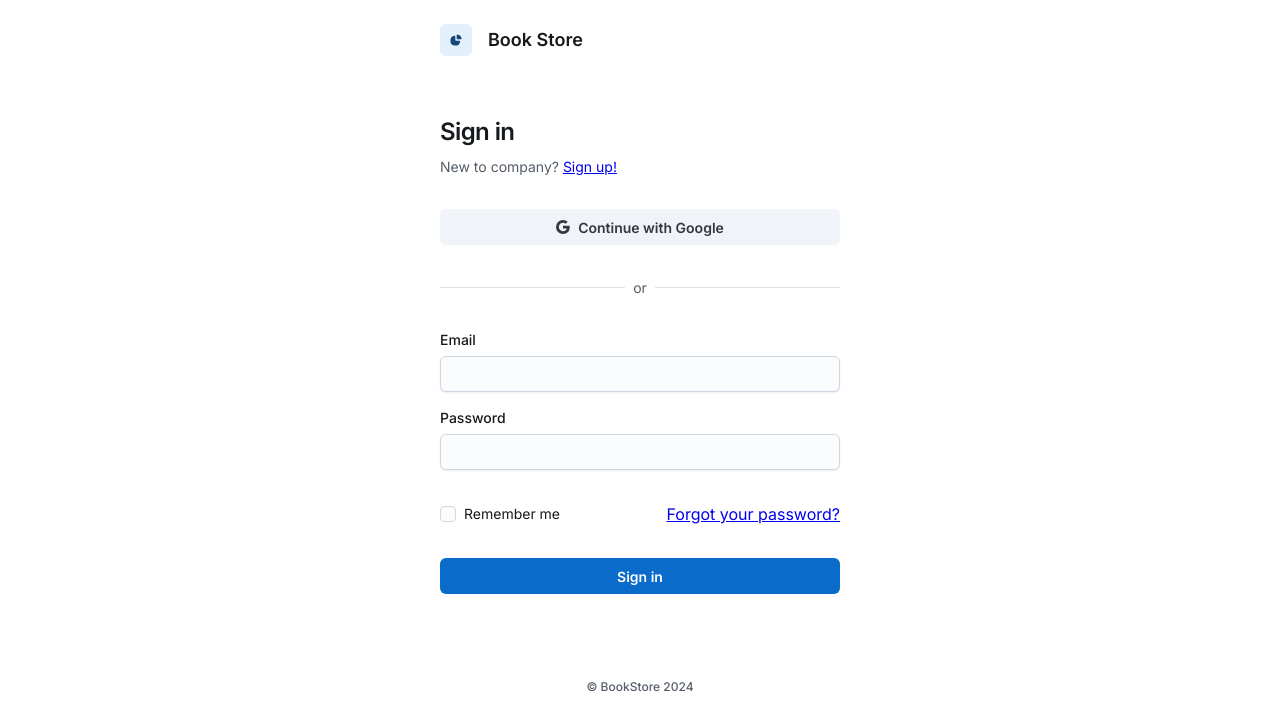
Repository: LaurentiusKevin/bookstore-fe
Page: /auth/login
An editor plug-in stored every save of this project. The page is shown before and after the next save, followed by the edit.
The browser window is 1280 px wide. The pictures show the whole page.
The project was rebuilt for these pictures with package versions that can differ from the ones it lists, and the page was loaded fresh each time. The framework's server and built-in components were replaced by stand-ins that run in the browser. Also part of the build but not shown: next.config.mjs.

Above is the page before, as saved 2024-04-07 00:54:52.

### src/app/layout.tsx
import type { Metadata } from "next";
import { Inter } from "next/font/google";
import "@fontsource/inter";
import ThemeRegistry from "@/components/admin/theme-registry";
import { Providers } from "@/providers";
import { ReactNode } from "react";

const inter = Inter({ subsets: ["latin"] });

export const metadata: Metadata = {
  title: "Create Next App",
  description: "Generated by create next app",
};

export default function RootLayout({
  children,
}: Readonly<{
  children: ReactNode;
}>) {
  return (
    <html lang="en">
      <body>
        <ThemeRegistry options={{ key: "joy" }}>
          <Providers>{children}</Providers>
        </ThemeRegistry>
      </body>
    </html>
  );
}

### src/app/auth/login/page.tsx
"use client";

import {
  Box,
  Button,
  Checkbox,
  CssBaseline,
  CssVarsProvider,
  Divider,
  FormControl,
  FormLabel,
  formLabelClasses,
  GlobalStyles,
  IconButton,
  Input,
  Stack,
  Typography,
} from "@mui/joy";
import { HiMiniChartPie } from "react-icons/hi2";
import Link from "next/link";
import { BsGoogle } from "react-icons/bs";
import { useRouter } from "next/navigation";
import { useForm } from "react-hook-form";
import SnackbarCustom from "@/components/snackbar-custom";
import { useState } from "react";

interface FormData {
  email: string;
  password: string;
}

export default function AuthSignIn() {
  const route = useRouter();
  const [snackbarOpen, setSnackbarOpen] = useState(false);
  const [snackbarColor, setSnackbarColor] = useState("");
  const [snackbarContent, setSnackbarContent] = useState("");

  const {
    register,
    handleSubmit,
    watch,
    setValue,
    resetField,
    formState: { errors },
  } = useForm<FormData>();

  const onSignIn = (data: FormData) => {
    // void authMutation.mutate(data);
  };

  return (
    <CssVarsProvider defaultMode="dark" disableTransitionOnChange>
      <CssBaseline />
      <GlobalStyles
        styles={{
          ":root": {
            "--Collapsed-breakpoint": "769px", // form will stretch when viewport is below `769px`
            "--Cover-width": "50vw", // must be `vw` only
            "--Form-maxWidth": "800px",
            "--Transition-duration": "0.4s", // set to `none` to disable transition
          },
        }}
      />
      <Box
        sx={(theme) => ({
          transition: "width var(--Transition-duration)",
          transitionDelay: "calc(var(--Transition-duration) + 0.1s)",
          position: "relative",
          zIndex: 1,
          display: "flex",
          justifyContent: "center",
          backdropFilter: "blur(12px)",
          backgroundColor: "rgba(255 255 255 / 0.2)",
          [theme.getColorSchemeSelector("dark")]: {
            backgroundColor: "rgba(19 19 24 / 0.4)",
          },
        })}
      >
        <Box
          sx={{
            display: "flex",
            flexDirection: "column",
            minHeight: "100dvh",
            maxWidth: "100%",
            px: 2,
          }}
        >
          <Box
            component="header"
            sx={{
              py: 3,
              display: "flex",
              alignItems: "left",
              justifyContent: "space-between",
            }}
          >
            <Box sx={{ gap: 2, display: "flex", alignItems: "center" }}>
              <IconButton variant="soft" color="primary" size="sm">
                <HiMiniChartPie />
              </IconButton>
              <Typography level="title-lg">Book Store</Typography>
            </Box>
            {/*<ColorSchemeToggle />*/}
          </Box>
          <Box
            component="main"
            sx={{
              my: "auto",
              py: 2,
              pb: 5,
              display: "flex",
              flexDirection: "column",
              gap: 2,
              width: 400,
              maxWidth: "100%",
              mx: "auto",
              borderRadius: "sm",
              "& form": {
                display: "flex",
                flexDirection: "column",
                gap: 2,
              },
              [`& .${formLabelClasses.asterisk}`]: {
                visibility: "hidden",
              },
            }}
          >
            <Stack gap={4} sx={{ mb: 2 }}>
              <Stack gap={1}>
                <Typography level="h3">Sign in</Typography>
                <Typography level="body-sm">
                  New to company?{" "}
                  <Link href="#replace-with-a-link">Sign up!</Link>
                </Typography>
              </Stack>
              <Button
                variant="soft"
                color="neutral"
                fullWidth
                startDecorator={<BsGoogle />}
              >
                Continue with Google
              </Button>
            </Stack>
            <Divider
              sx={(theme) => ({
                [theme.getColorSchemeSelector("light")]: {
                  color: { xs: "#FFF", md: "text.tertiary" },
                  "--Divider-lineColor": {
                    xs: "#FFF",
                    md: "var(--joy-palette-divider)",
                  },
                },
              })}
            >
              or
            </Divider>
            <Stack gap={4} sx={{ mt: 2 }}>
              <form onSubmit={handleSubmit(onSignIn)}>
                <FormControl required>
                  <FormLabel>Email</FormLabel>
                  <Input
                    {...register("email", { required: "Required!" })}
                    type="email"
                    name="email"
                  />
                </FormControl>
                <FormControl required>
                  <FormLabel>Password</FormLabel>
                  <Input
                    {...register("password", { required: "Required!" })}
                    type="password"
                    name="password"
                  />
                </FormControl>
                <Stack gap={4} sx={{ mt: 2 }}>
                  <Box
                    sx={{
                      display: "flex",
                      justifyContent: "space-between",
                      alignItems: "center",
                    }}
                  >
                    <Checkbox size="sm" label="Remember me" name="persistent" />
                    <Link href="#replace-with-a-link">
                      Forgot your password?
                    </Link>
                  </Box>
                  <Button type="submit" fullWidth>
                    Sign in
                  </Button>
                </Stack>
              </form>
            </Stack>
          </Box>
          <Box component="footer" sx={{ py: 3 }}>
            <Typography level="body-xs" textAlign="center">
              © BookStore {new Date().getFullYear()}
            </Typography>
          </Box>
        </Box>
      </Box>
      <SnackbarCustom
        autoHideDuration={5000}
        variant="soft"
        onClose={() => setSnackbarOpen(false)}
        open={snackbarOpen}
      >
        {snackbarContent}
      </SnackbarCustom>
    </CssVarsProvider>
  );
}

### src/components/admin/theme-registry.tsx
"use client";
import createCache from "@emotion/cache";
import { useServerInsertedHTML } from "next/navigation";
import { CacheProvider } from "@emotion/react";
import { CssVarsProvider } from "@mui/joy/styles";
import CssBaseline from "@mui/joy/CssBaseline";
import * as React from "react";
import { ReactNode } from "react";

// This implementation is from emotion-js
// https://github.com/emotion-js/emotion/issues/2928#issuecomment-1319747902
export default function ThemeRegistry(props: {
  options: { key: string };
  children: ReactNode;
}) {
  const { options, children } = props;

  const [{ cache, flush }] = React.useState(() => {
    const cache = createCache(options);
    cache.compat = true;
    const prevInsert = cache.insert;
    let inserted: string[] = [];
    cache.insert = (...args) => {
      const serialized = args[1];
      if (cache.inserted[serialized.name] === undefined) {
        inserted.push(serialized.name);
      }
      return prevInsert(...args);
    };
    const flush = () => {
      const prevInserted = inserted;
      inserted = [];
      return prevInserted;
    };
    return { cache, flush };
  });

  useServerInsertedHTML(() => {
    const names = flush();
    if (names.length === 0) {
      return null;
    }
    let styles = "";
    for (const name of names) {
      styles += cache.inserted[name];
    }
    return (
      <style
        key={cache.key}
        data-emotion={`${cache.key} ${names.join(" ")}`}
        dangerouslySetInnerHTML={{
          __html: styles,
        }}
      />
    );
  });

  return (
    <CacheProvider value={cache}>
      <CssVarsProvider>
        {/* the custom theme is optional */}
        <CssBaseline />
        {children}
      </CssVarsProvider>
    </CacheProvider>
  );
}

### src/providers.tsx
"use client";

import React, { ReactNode } from "react";

export function Providers({ children }: { children: ReactNode }) {
  return <>{children}</>;
}

### src/components/snackbar-custom.tsx
import { Snackbar, SnackbarProps } from "@mui/joy";
import { UseSnackbarParameters } from "@mui/base";
import { ReactNode } from "react";

interface SnackbarCustomInterface extends UseSnackbarParameters {
  children: ReactNode;
}

export default function SnackbarCustom({
  autoHideDuration,
  open,
  onClose,
  color,
  variant,
  children,
}: SnackbarCustomInterface & SnackbarProps) {
  return (
    <Snackbar
      autoHideDuration={autoHideDuration}
      open={open}
      onClose={onClose}
      color={color}
      variant={variant}
    >
      {children}
    </Snackbar>
  );
}

After the next save:
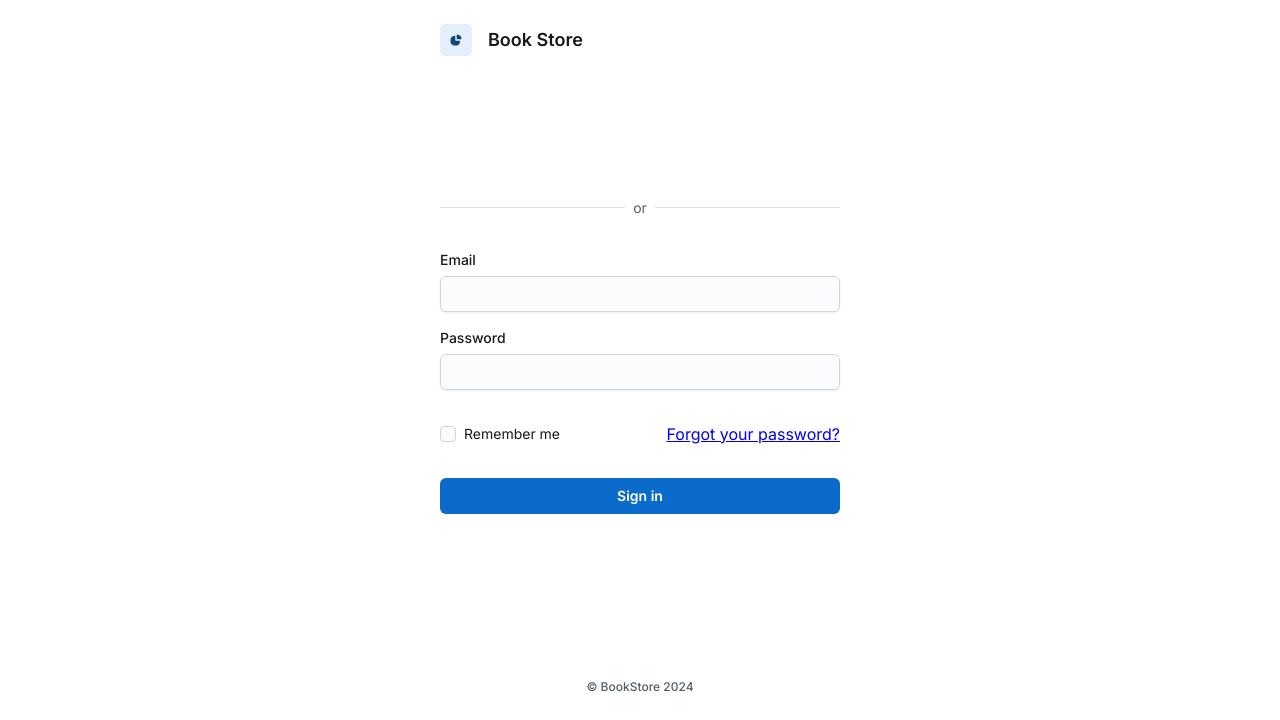
Saved 23 s later.
--- a/src/app/auth/login/page.tsx
+++ b/src/app/auth/login/page.tsx
@@ -125,23 +125,6 @@ export default function AuthSignIn() {
               },
             }}
           >
-            <Stack gap={4} sx={{ mb: 2 }}>
-              <Stack gap={1}>
-                <Typography level="h3">Sign in</Typography>
-                <Typography level="body-sm">
-                  New to company?{" "}
-                  <Link href="#replace-with-a-link">Sign up!</Link>
-                </Typography>
-              </Stack>
-              <Button
-                variant="soft"
-                color="neutral"
-                fullWidth
-                startDecorator={<BsGoogle />}
-              >
-                Continue with Google
-              </Button>
-            </Stack>
             <Divider
               sx={(theme) => ({
                 [theme.getColorSchemeSelector("light")]: {
